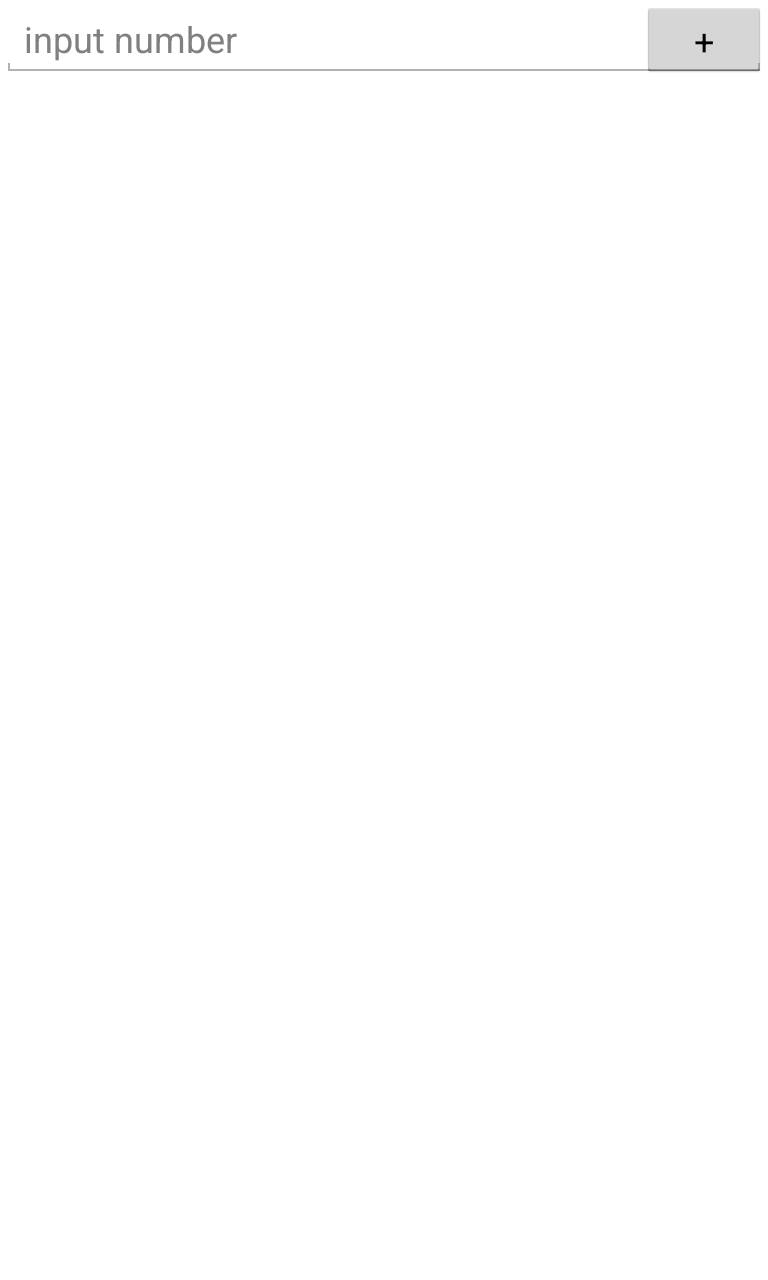
Repository: whoami-I/android
Layout: Activity/SendMessage/res/layout/activity_main.xml
An editor plug-in stored every save of this project. The layout is shown before and after the next save, followed by the edit.
It is drawn on a 768 x 1280 px phone screen (xhdpi) without system bars, with theme AppTheme; the app's code is not run.

Above is the layout before, as saved 2018-11-02 06:45:05.

### Activity/SendMessage/res/layout/activity_main.xml
<LinearLayout xmlns:android="http://schemas.android.com/apk/res/android"
    xmlns:tools="http://schemas.android.com/tools"
    android:layout_width="match_parent"
    android:layout_height="match_parent"
    android:orientation="vertical" >

    <RelativeLayout
        android:layout_width="match_parent"
        android:layout_height="wrap_content" >

        <EditText
            android:id="@+id/et_number"
            android:layout_width="match_parent"
            android:layout_height="wrap_content"
            android:hint="input number" />

        <Button
            android:id="@+id/btn_add"
            android:layout_width="wrap_content"
            android:layout_height="wrap_content"
            android:layout_alignBottom="@id/et_number"
            android:layout_alignParentRight="true"
            android:text="+" />
    </RelativeLayout>

</LinearLayout>

Loaded but not shown: Activity/SendMessage/res/values/styles.xml (common file); Activity/SendMessage/res/values-v11/styles.xml (common file); Activity/SendMessage/res/values-v14/styles.xml (common file)

After the next save:
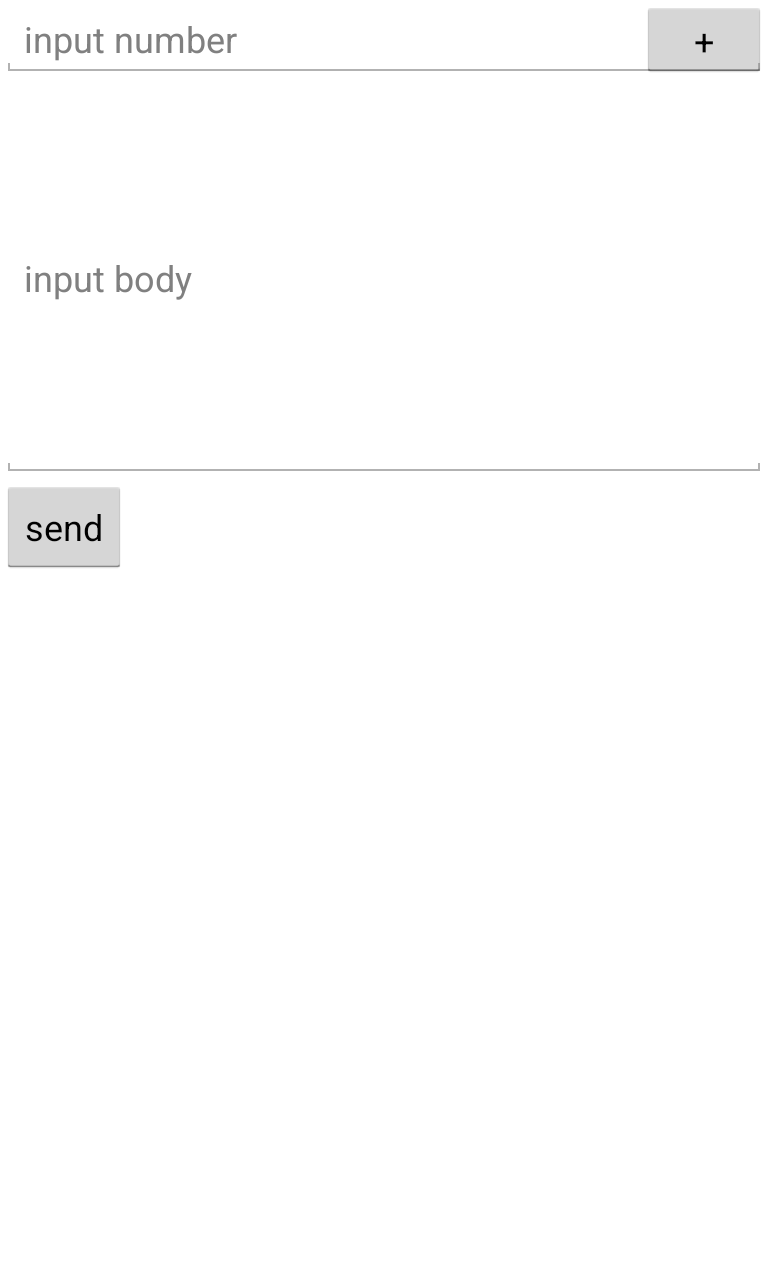
Saved 115 s later.
--- a/Activity/SendMessage/res/layout/activity_main.xml
+++ b/Activity/SendMessage/res/layout/activity_main.xml
@@ -23,4 +23,16 @@
             android:text="+" />
     </RelativeLayout>
 
+    <EditText
+        android:id="@+id/et_smsBody"
+        android:layout_width="match_parent"
+        android:layout_height="200dp"
+        android:hint="input body" />
+
+    <Button
+        android:layout_width="wrap_content"
+        android:layout_height="wrap_content"
+        android:onClick="click_add"
+        android:text="send" />
+
 </LinearLayout>
